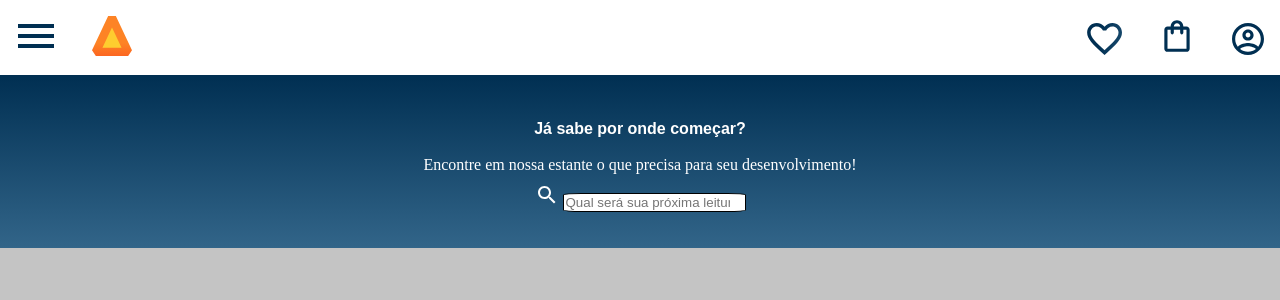
Repository: DamnDTX/projeto-mobile
Page: index.html
These files come from the project's save history. The page is drawn as it stood at one moment and after the next save; the edit follows.
The browser window is 1280 px wide. The pictures show the whole page.

Above is the page before, as saved 2023-07-28 09:41:37.

After the next save:
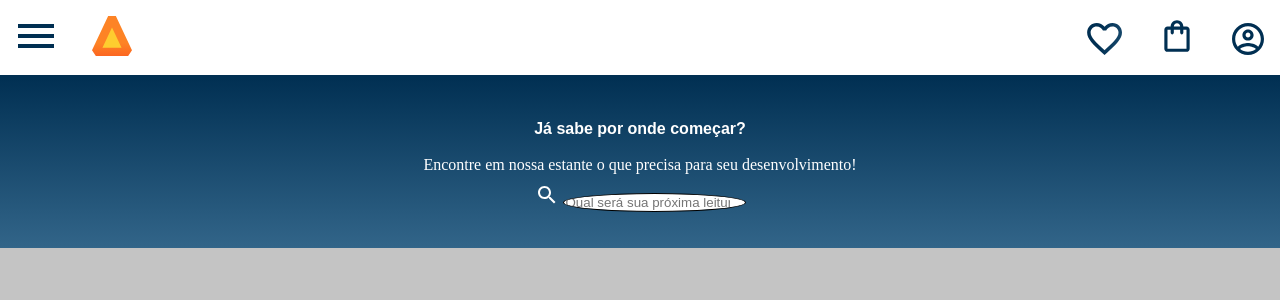
Saved 6 s later.
--- a/styles/banner.css
+++ b/styles/banner.css
@@ -35,5 +35,5 @@
 
 .banner__pesquisa{
     border: 1px solid;
-    border-radius: 10%;
+    border-radius: 50%;
 }
